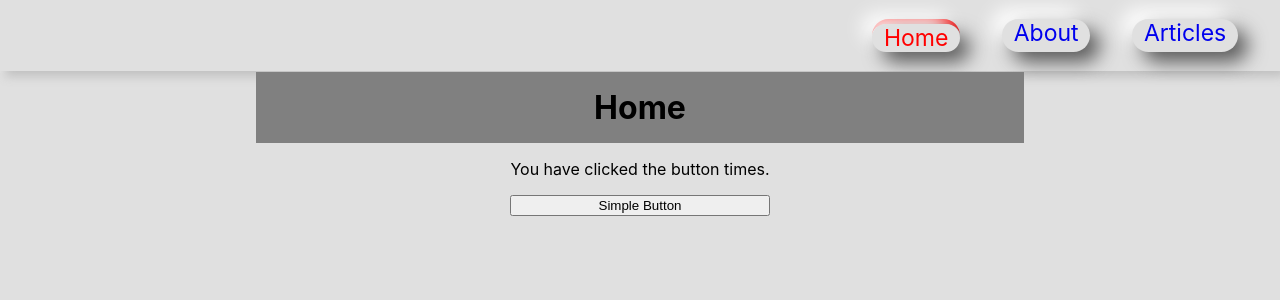
Repository: ShindanoSingi/react-software-architecture-course
Page: /
The author's editor kept a copy of each file at every save. The page is drawn from the files as they stood at one save, then again after the next save.
The browser window is 1280 px wide. The pictures show the whole page.
The project was rebuilt for these pictures with package versions that can differ from the ones it lists, and the page was loaded fresh each time. Also part of the build but not shown: src/App.css, src/pages/About.js, src/pages/Articles.js.

Above is the page before, as saved 2022-12-26 13:53:31.

After the next save:
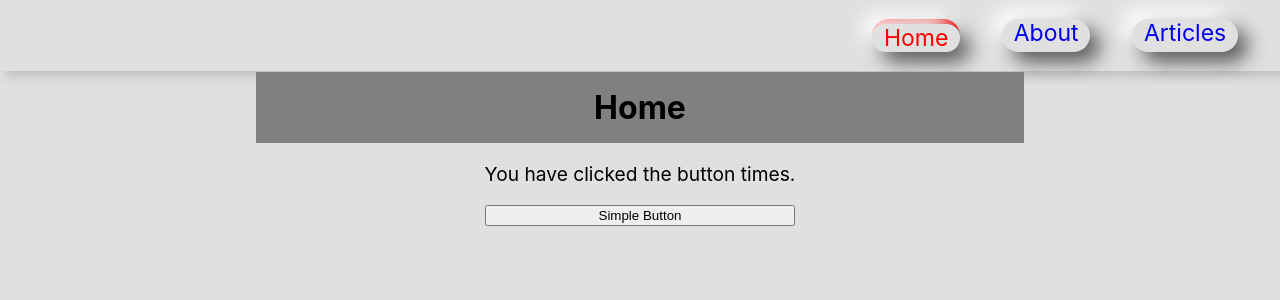
Saved 25 s later.
--- a/src/index.css
+++ b/src/index.css
@@ -66,6 +66,10 @@ h1{
   background:grey;
 }
 
+p{
+  font-size: 1.2em;
+}
+
 .nav-bar {
   position: fixed;
   width: 100%;
